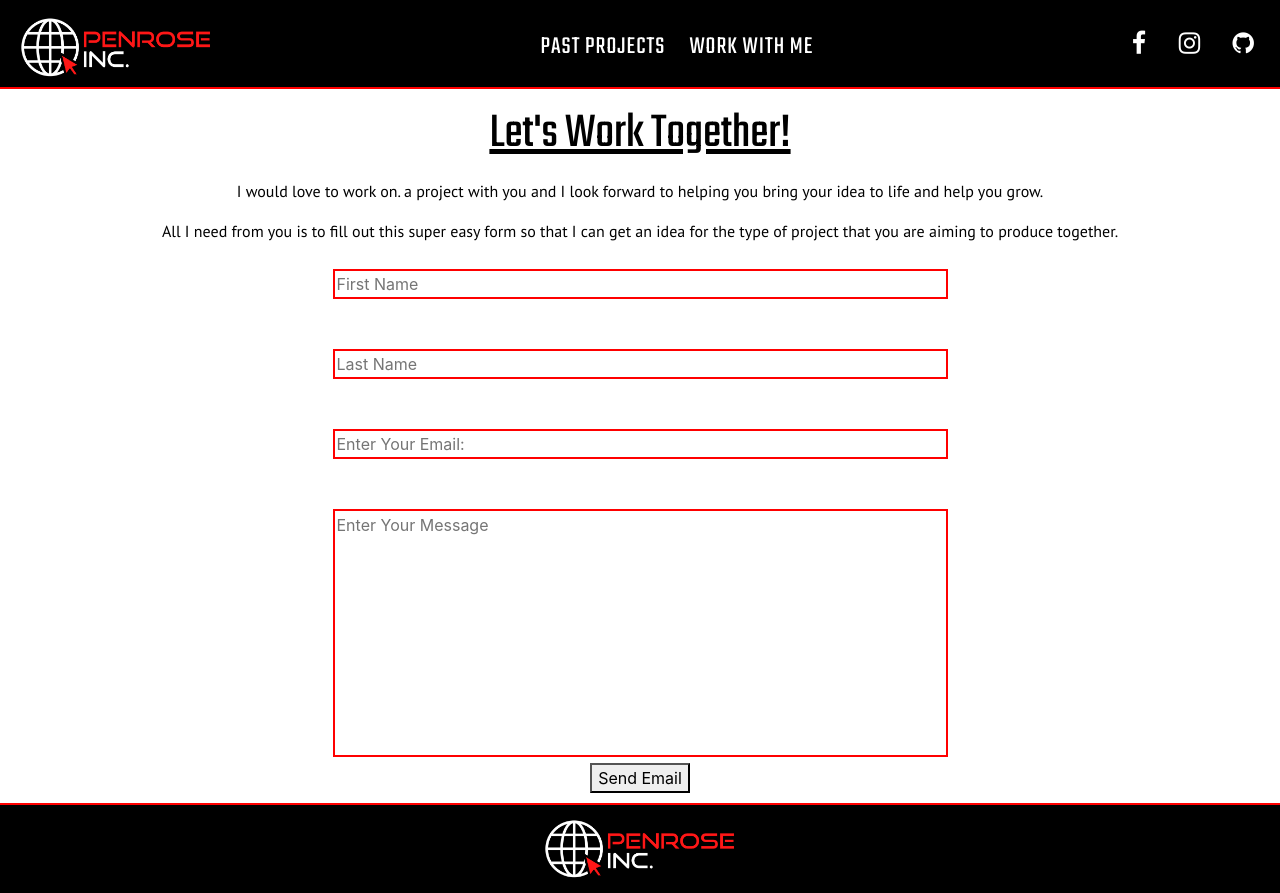
Repository: mrwillpenrose/penrose-inc
Page: work-with-me.html
The author's editor kept a record of every edit. The page is drawn from the files as they stood at one moment, then again after the next edit.
The browser window is 1280 px wide. The pictures show the whole page.
Some web libraries are served in a nearby version.

Above is the page before.

After the next edit:
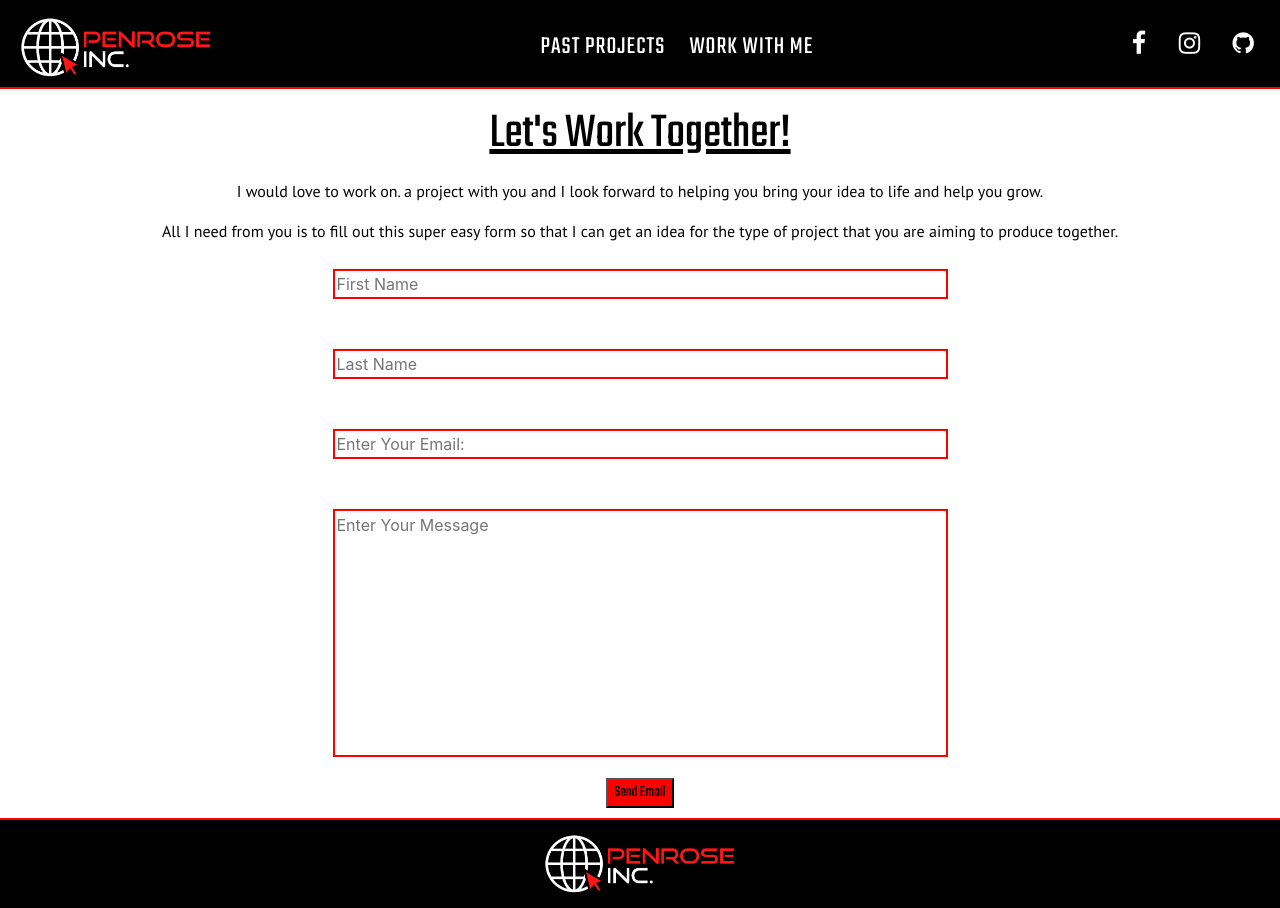
The edit:
--- a/css/style.css
+++ b/css/style.css
@@ -168,7 +168,7 @@
 }
 
 
-form .button {
+form button {
     margin-top: 15px;
     background-color: #FF0000;
     font-family: "Teko", sans-serif;
